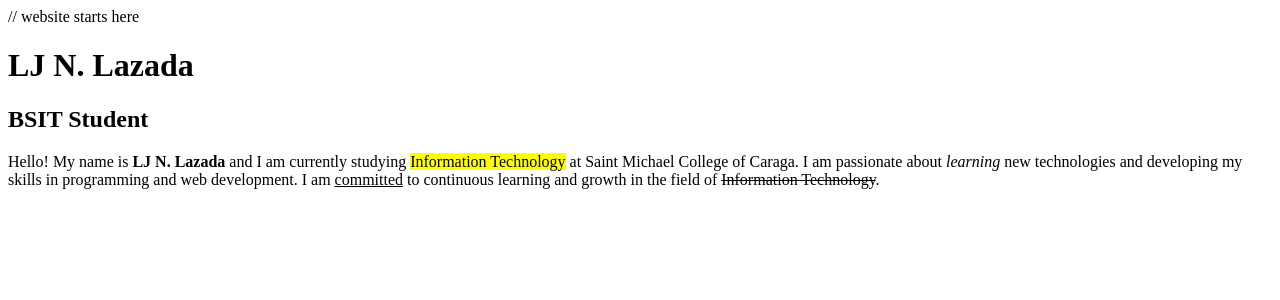
Repository: ljlazada11/myfirsthtml
Page: index.html
An editor plug-in stored every save of this project. The page is shown before and after the next save, followed by the edit.
The browser window is 1280 px wide. The pictures show the whole page.

Above is the page before, as saved 2026-06-24 18:59:29.

After the next save:
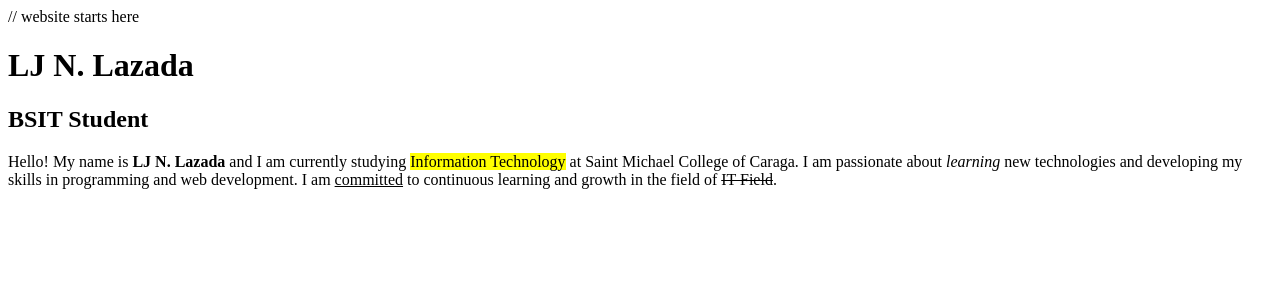
Saved 39 s later.
--- a/index.html
+++ b/index.html
@@ -11,6 +11,6 @@
 <body>
     <h1>LJ N. Lazada</h1>
     <h2>BSIT Student</h2>
-    <p>Hello! My name is <strong>LJ N. Lazada</strong> and I am currently studying <mark>Information Technology</mark> at Saint Michael College of Caraga. I am passionate about <i>learning</i> new technologies and developing my skills in programming and web development. I am <ins>committed</ins> to continuous learning and growth in the field of <del>Information Technology</del>.</p>
+    <p>Hello! My name is <strong>LJ N. Lazada</strong> and I am currently studying <mark>Information Technology</mark> at Saint Michael College of Caraga. I am passionate about <i>learning</i> new technologies and developing my skills in programming and web development. I am <ins>committed</ins> to continuous learning and growth in the field of <del>IT Field</del>.</p>
 </body>
 </html>

After the save that followed:
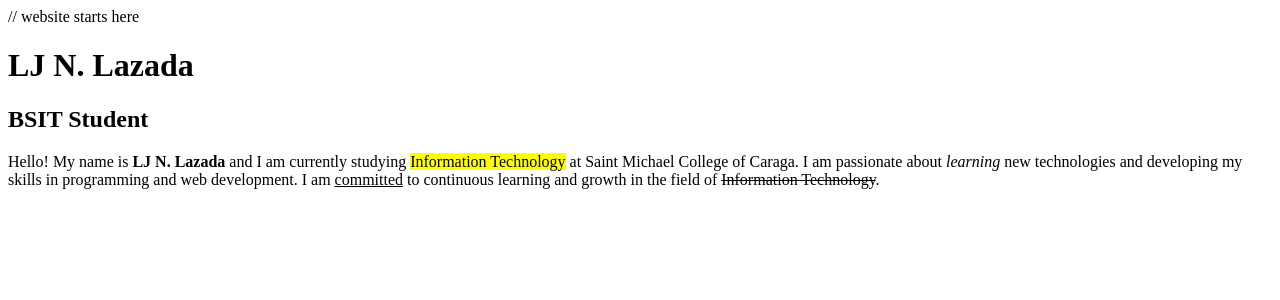
Saved 28 s later.
--- a/index.html
+++ b/index.html
@@ -11,6 +11,6 @@
 <body>
     <h1>LJ N. Lazada</h1>
     <h2>BSIT Student</h2>
-    <p>Hello! My name is <strong>LJ N. Lazada</strong> and I am currently studying <mark>Information Technology</mark> at Saint Michael College of Caraga. I am passionate about <i>learning</i> new technologies and developing my skills in programming and web development. I am <ins>committed</ins> to continuous learning and growth in the field of <del>IT Field</del>.</p>
+    <p>Hello! My name is <strong>LJ N. Lazada</strong> and I am currently studying <mark>Information Technology</mark> at Saint Michael College of Caraga. I am passionate about <i>learning</i> new technologies and developing my skills in programming and web development. I am <ins>committed</ins> to continuous learning and growth in the field of <del>Information Technology</del>.</p>
 </body>
 </html>
